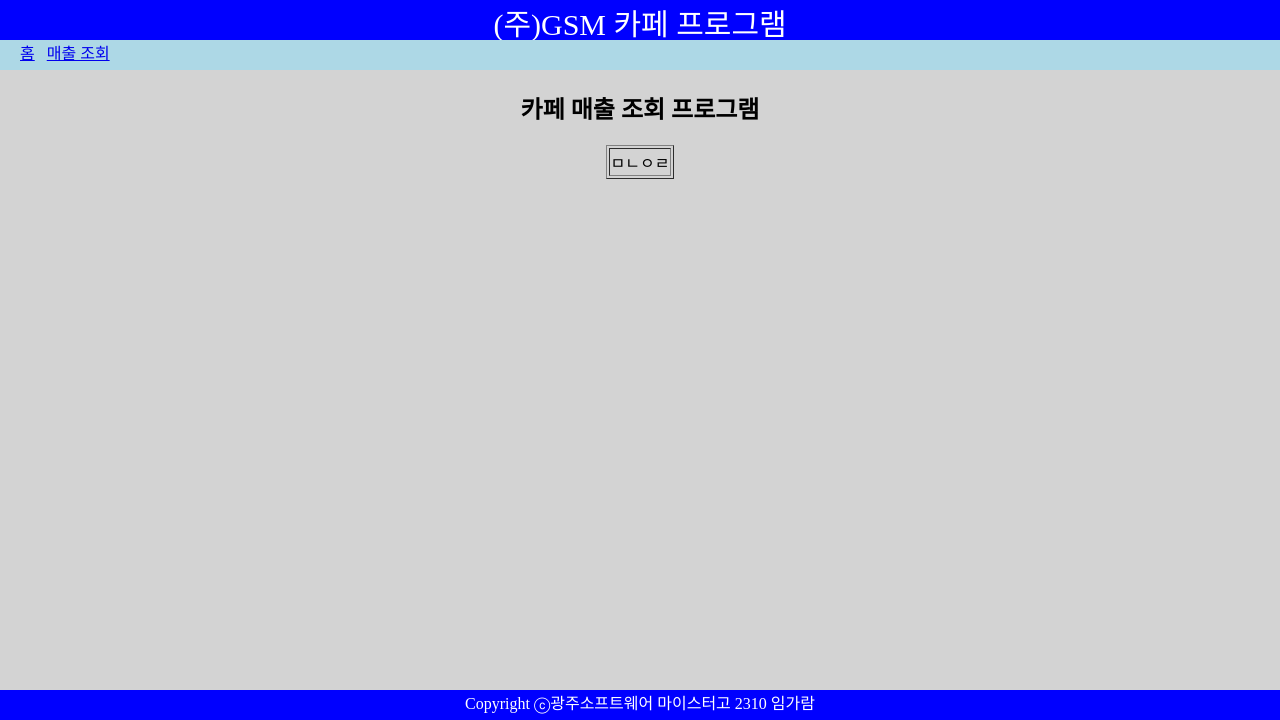
Repository: ImGaram/til
Page: http://localhost/cafe/sales.jsp
These files come from the project's save history. The page is drawn as it stood at one moment and after the next save; the edit follows.
The browser window is 1280 px wide. The pictures show the whole page.
The page is served by Tomcat 9.

Above is the page before, as saved 2022-06-29 00:19:38.

After the next save:
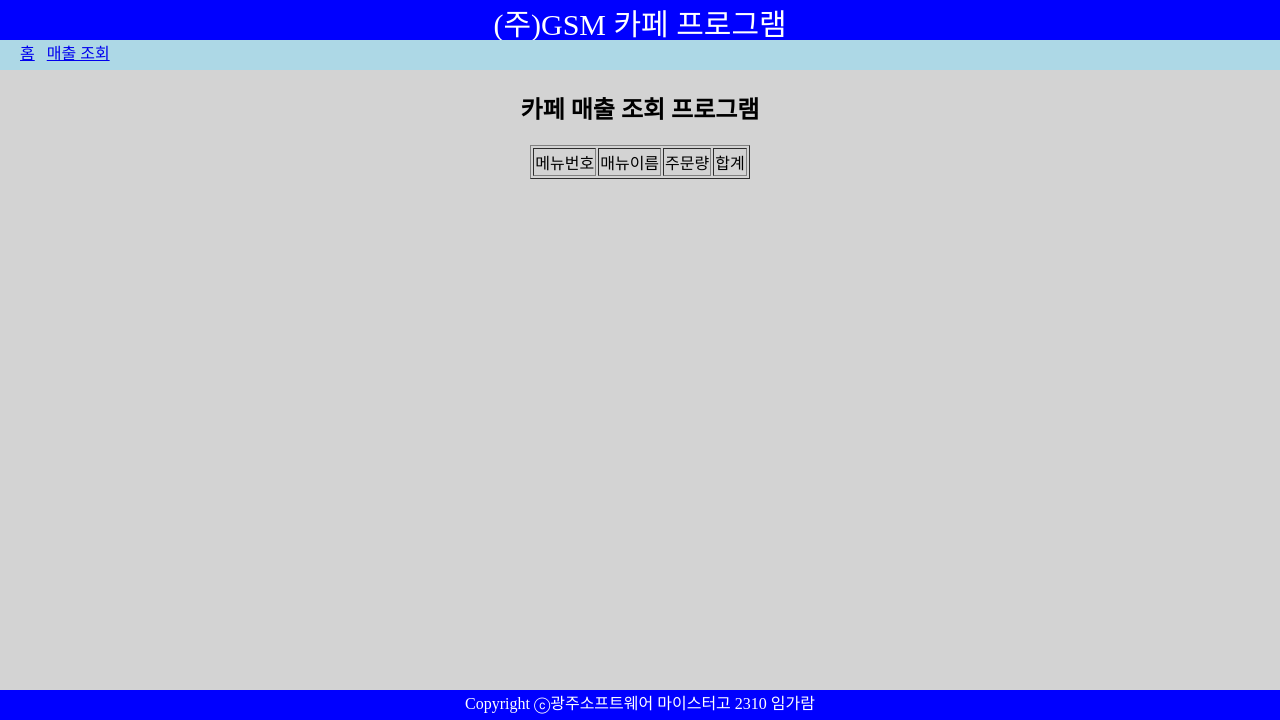
Saved 8 min 46 s later.
--- a/2학년 jsp(화면구현)/gsm2022/cafe/src/main/webapp/sales.jsp
+++ b/2학년 jsp(화면구현)/gsm2022/cafe/src/main/webapp/sales.jsp
@@ -14,7 +14,10 @@
 <table border="1">
 
 <tr>
-<td>ㅁㄴㅇㄹ</td>
+<td>메뉴번호</td>
+<td>매뉴이름</td>
+<td>주문량</td>
+<td>합계</td>
 </tr>
 
 </table>
